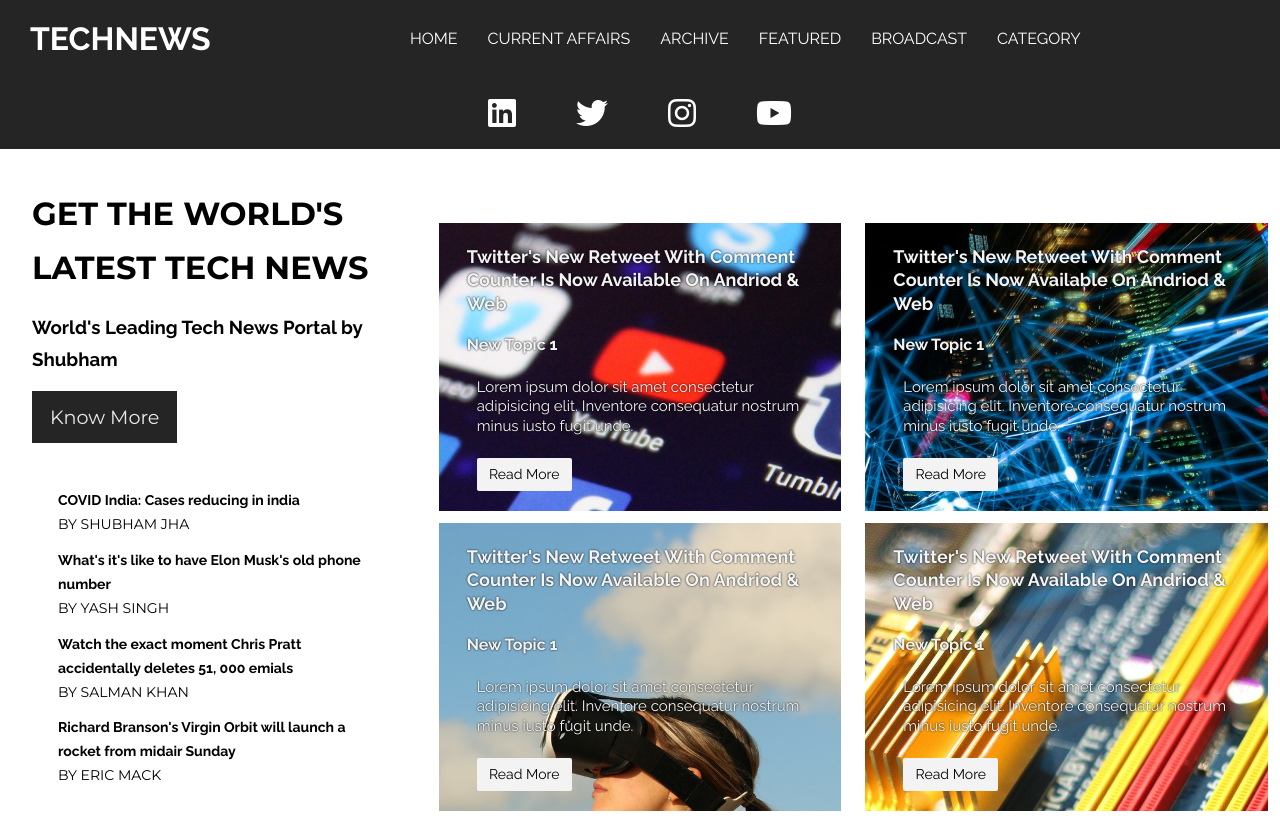
Repository: shubham71099/technews
Page: index.html
An editor plug-in stored every save of this project. The page is shown before and after the next save, followed by the edit.
The browser window is 1280 px wide. The pictures show the part of the page from y = 0 to 822 px (the page is 2186 px tall before and 2162 px after).
A picture or video elsewhere on the page could not be fetched, so the positions and the page height are approximate. Some web libraries are served in a nearby version.

Above is the page before, as saved 2021-06-02 21:18:57.

After the next save:
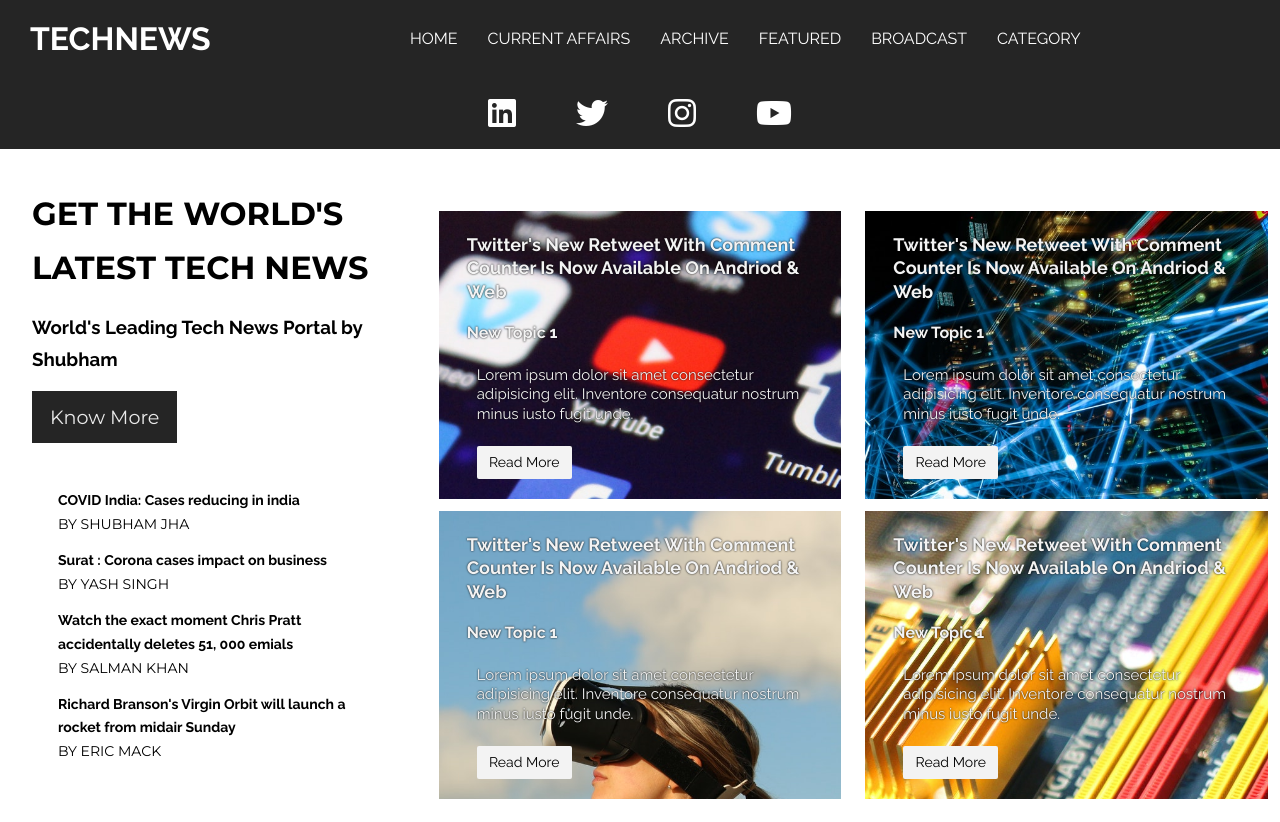
Saved 67 s later.
--- a/index.html
+++ b/index.html
@@ -99,7 +99,7 @@
           </h3>
 
           <h3>
-            What's it's like to have Elon Musk's old phone number
+            Surat : Corona cases impact on business
             <span>by Yash Singh</span>
           </h3>
 

After the save that followed:
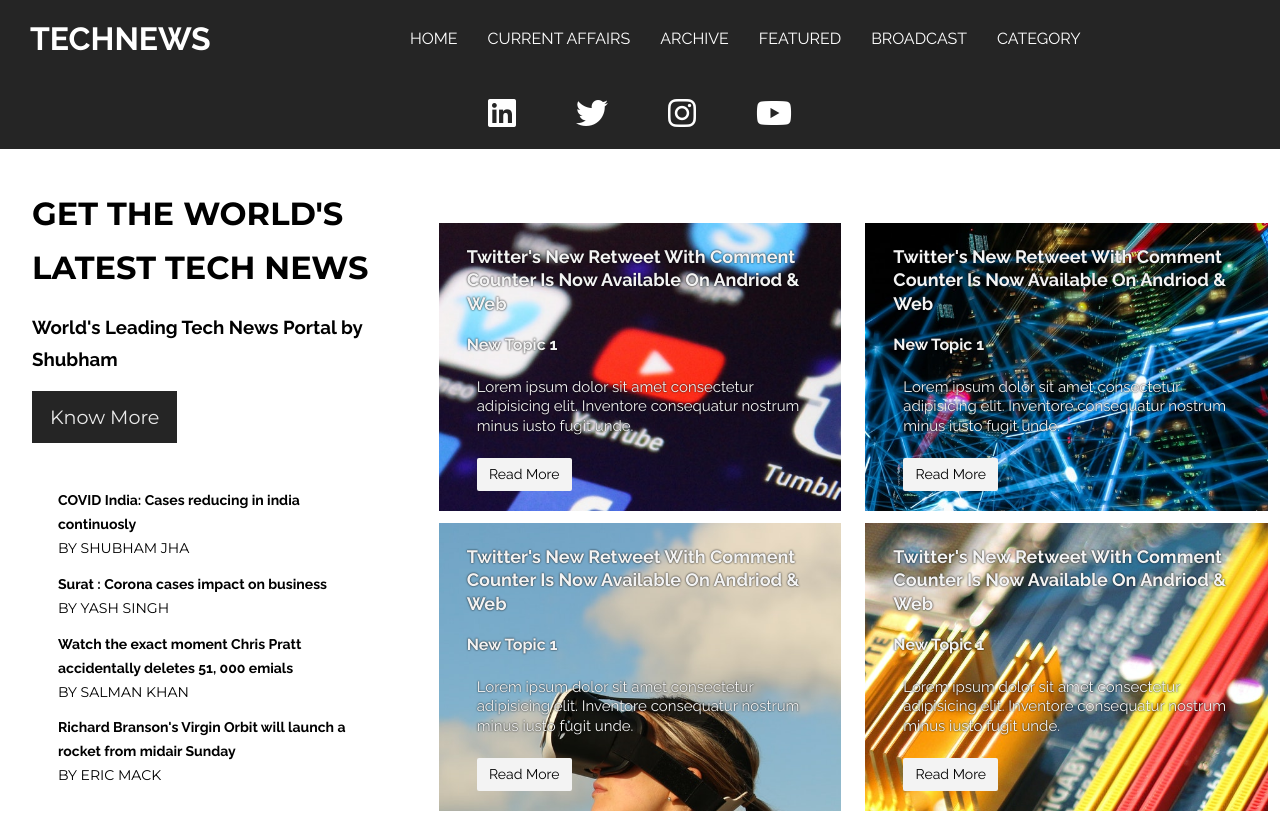
Saved 44 s later.
--- a/index.html
+++ b/index.html
@@ -94,7 +94,7 @@
 
         <div class="current-news-head">
           <h3>
-            COVID India: Cases reducing in india
+            COVID India: Cases reducing in india continuosly
             <span>by shubham Jha</span>
           </h3>
 
